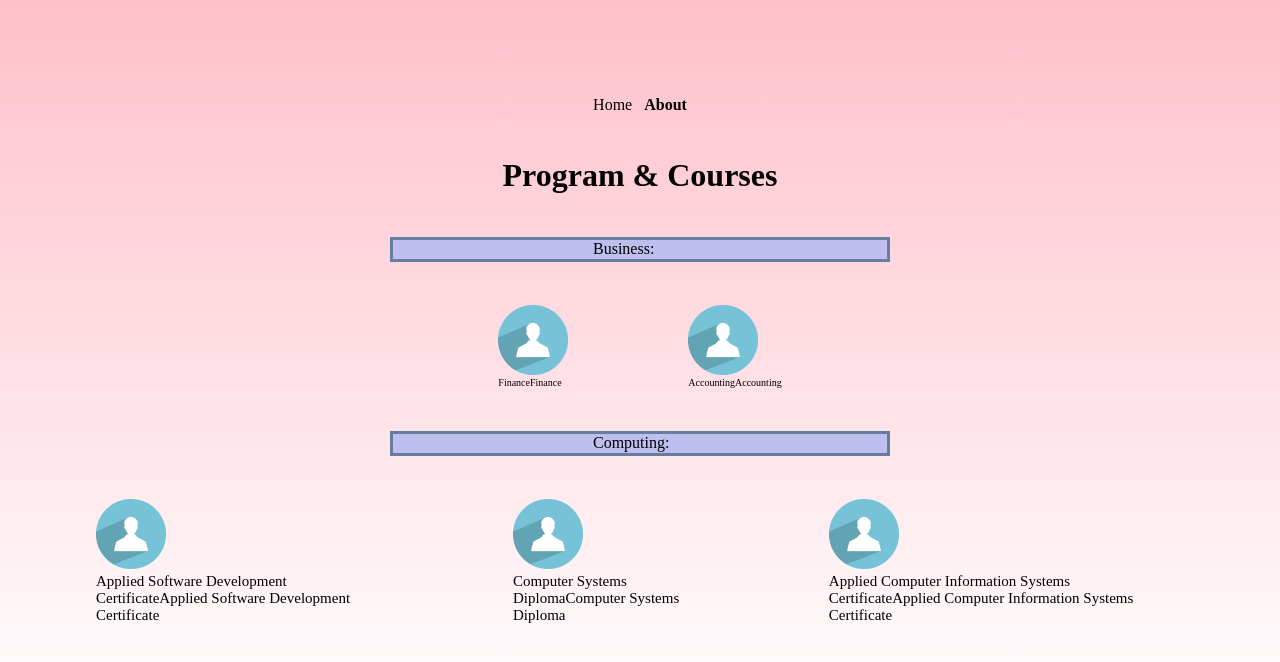
Repository: anoncoderin/madhu-assignment3
Page: /
These files come from the project's save history. The page is drawn as it stood at one moment and after a run of saves; the edit follows.
The browser window is 1280 px wide. The pictures show the whole page.
The project was rebuilt for these pictures with package versions that can differ from the ones it lists, and the page was loaded fresh each time. The framework's server and built-in components were replaced by stand-ins that run in the browser. Also part of the build but not shown: next.config.js, components/Card/Card.module.css.

Above is the page before, as saved 2023-01-22 21:02:22.

After the next 3 saves:
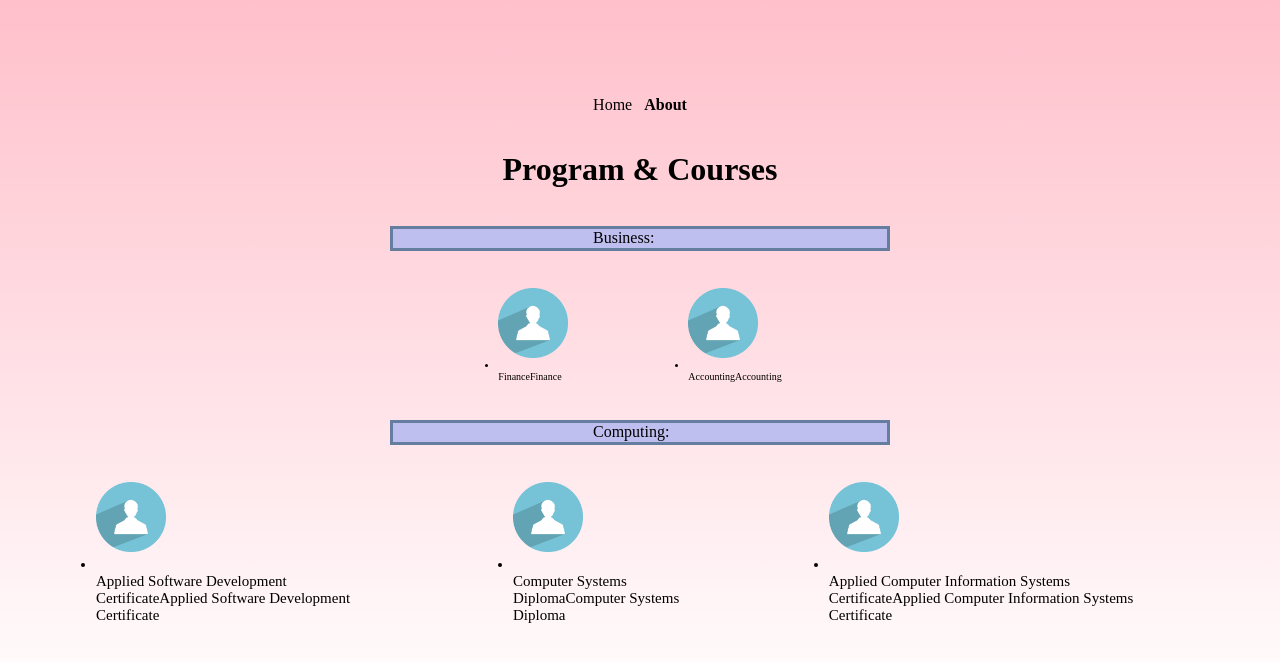
The 3 saves are shown as one change because 1 did not build or start and some came seconds apart.
The last was saved 34 s later.
--- a/components/Card/index.js
+++ b/components/Card/index.js
@@ -9,7 +9,7 @@
     return(
         <div  style={{backgroundcolor:color, fontSize:font }}>
            <img src={'icon/person.png'} width="70px"></img>
-           <ul> {degree}
+           <ul> <li></li>{degree}
             {degree}</ul>
         </div>
     )

After the 3 saves that followed:
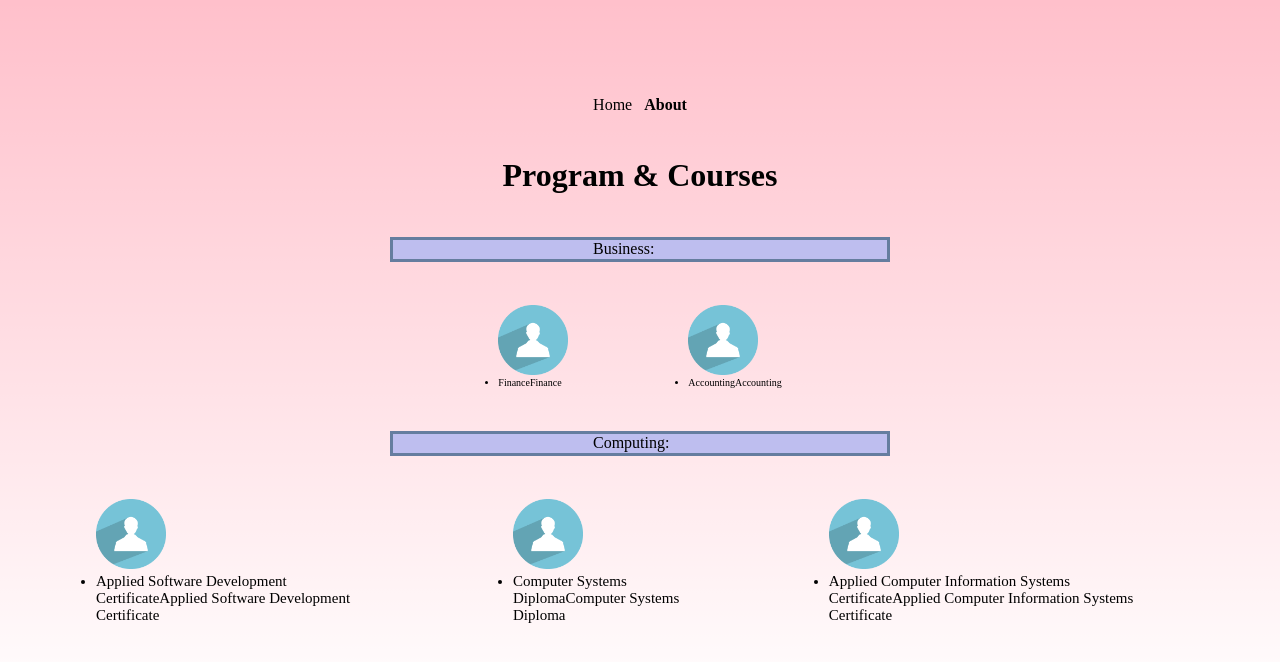
The 3 saves are shown as one change because they came seconds apart.
The last was saved 13 s later.
--- a/components/Card/index.js
+++ b/components/Card/index.js
@@ -9,8 +9,10 @@
     return(
         <div  style={{backgroundcolor:color, fontSize:font }}>
            <img src={'icon/person.png'} width="70px"></img>
-           <ul> <li></li>{degree}
-            {degree}</ul>
+           <ul> <li>{degree}
+            {degree}
+            </li>
+            </ul>
         </div>
     )
 }
